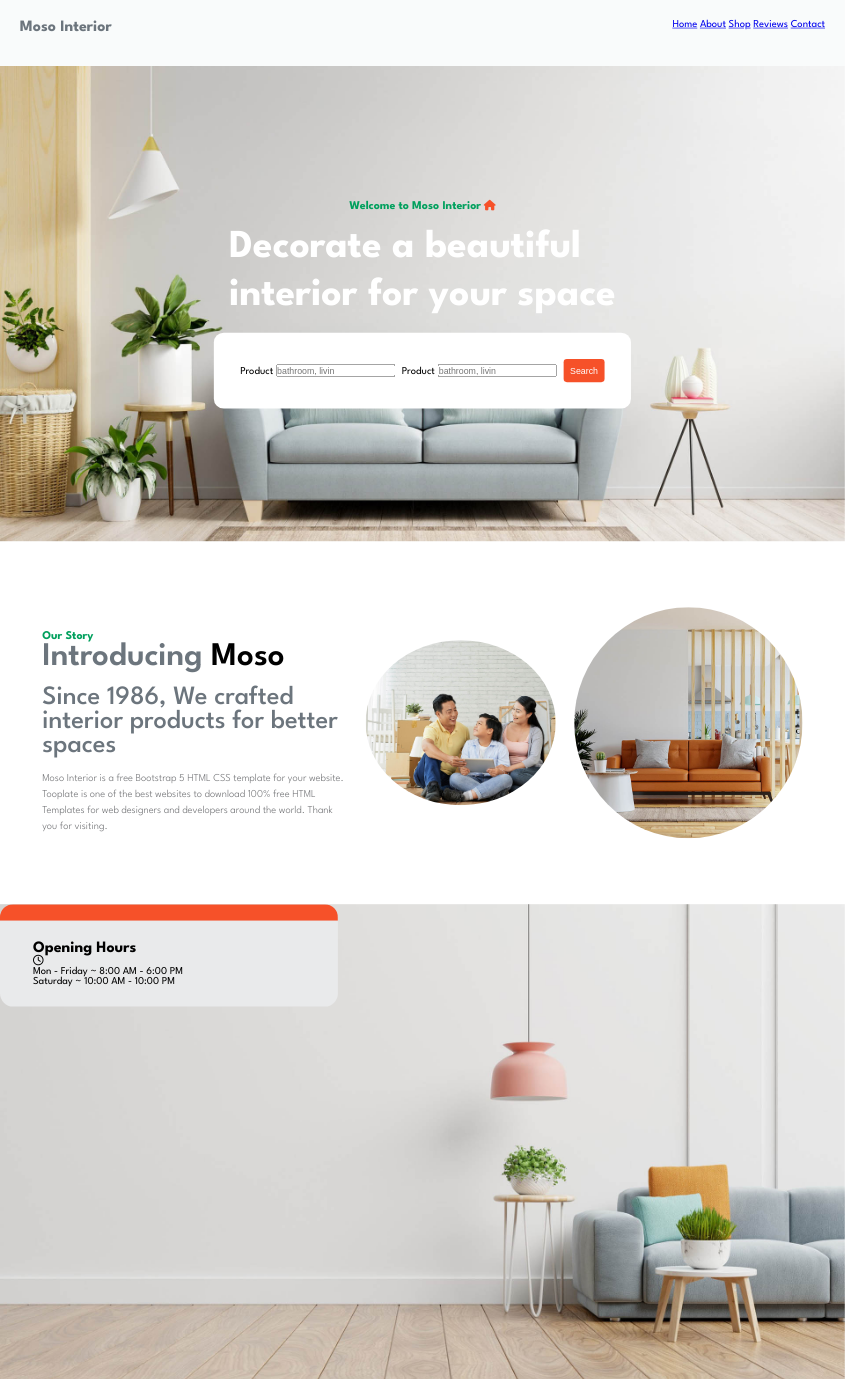
Repository: mariamnabil23/furniture
Page: index.html
These files come from the project's save history. The page is drawn as it stood at one moment and after the next save; the edit follows.
The browser window is 1280 px wide. The pictures show the whole page, at 66% of full size.
Some web fonts or font styles are not loaded; a fallback is used.

Above is the page before, as saved 2024-10-30 17:22:24.

After the next save:
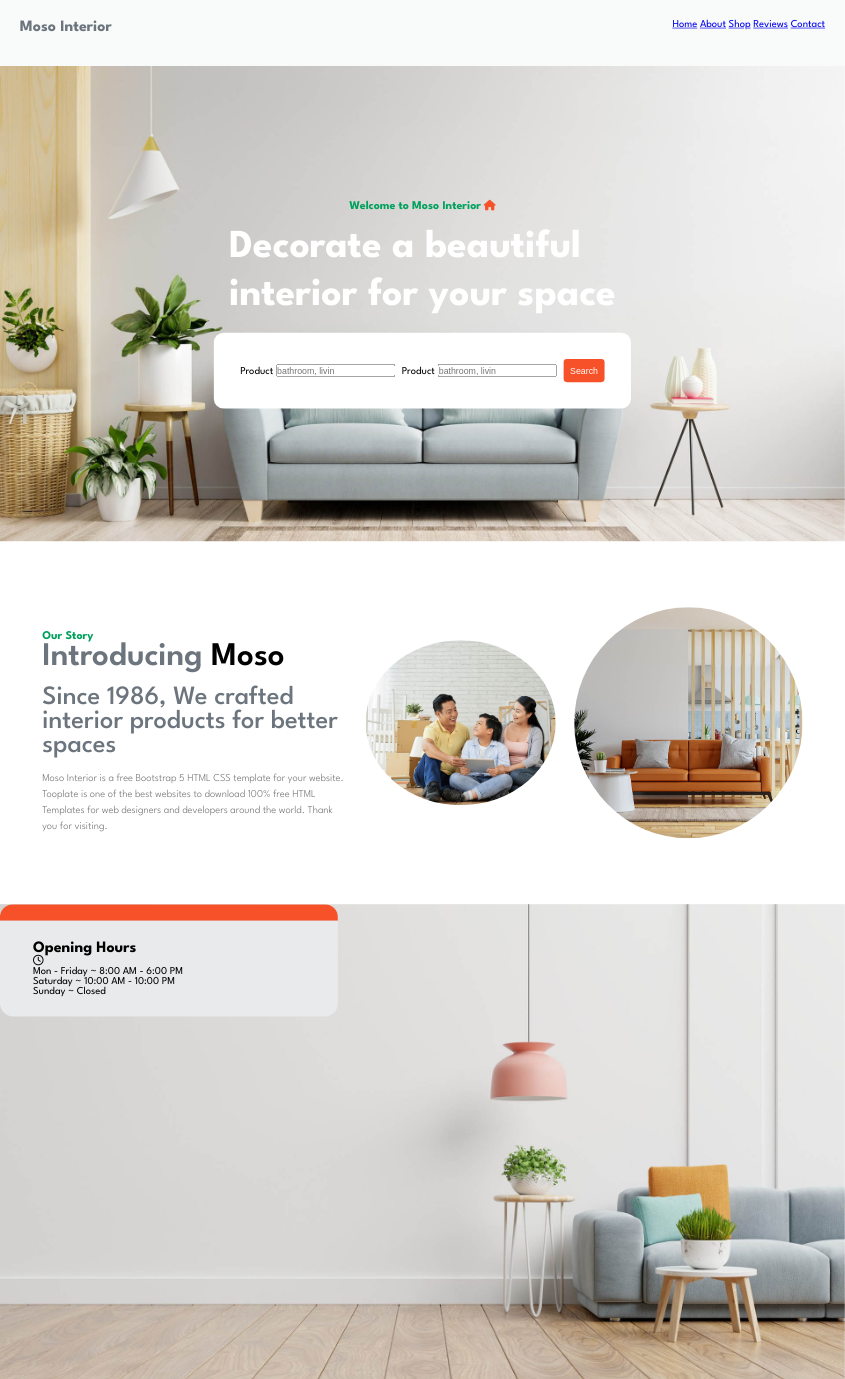
Saved 6 s later.
--- a/index.html
+++ b/index.html
@@ -93,7 +93,7 @@
                     <div class="hours">
                         <div><span>Mon - Friday ~</span> <span>8:00 AM - 6:00 PM</span></div>
                         <div><span>Saturday ~</span> <span>10:00 AM - 10:00 PM</span></div>
-                        <di
+                        <div><span>Sunday ~ Closed</span></div>
                     </div>
                 </div>
             </div>
